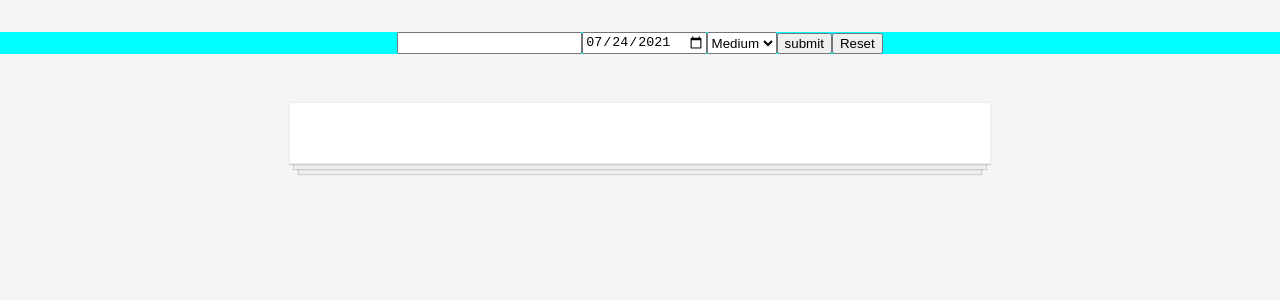
Repository: 0101chaitanya/react-todo
Page: /
An editor plug-in stored every save of this project. The page is shown before and after the next save, followed by the edit.
The browser window is 1280 px wide. The pictures show the whole page.
The project was rebuilt for these pictures with package versions that can differ from the ones it lists, and the page was loaded fresh each time. Also part of the build but not shown: src/components/TodoItem.js.

Above is the page before, as saved 2021-07-24 16:33:48.

### src/index.js
import React from "react";
import ReactDOM from "react-dom";
import "./index.css";
import App from "./App";
import reportWebVitals from "./reportWebVitals";
import css from "./App.css";

ReactDOM.render(
  <React.StrictMode>
    <App />
  </React.StrictMode>,
  document.getElementById("root")
);

// If you want to start measuring performance in your app, pass a function
// to log results (for example: reportWebVitals(console.log))
// or send to an analytics endpoint. Learn more: https://bit.ly/CRA-vitals
reportWebVitals();

### src/App.js
import React, { Component } from "react";
import TodoState from "./components/todoState";
import InputForm from "./components/InputForm";
import uniqid from "uniqid";
import { format } from "date-fns";
import css from "./App.css";
class App extends Component {
  constructor() {
    super();
    this.handleSubmit = this.handleSubmit.bind(this);
    this.state = {
      tasksArray: JSON.parse(localStorage.getItem("tasksArray")) ?? [],
    };
  }
  handleSubmit(e, input, context) {
    input.id = uniqid();

    e.preventDefault();
    this.setState(
      (prevState) => ({
        tasksArray: prevState.tasksArray.concat(input),
      }),
      () => {
        localStorage.setItem(
          "tasksArray",
          JSON.stringify(this.state.tasksArray)
        );
      }
    );

    console.log(this.state.tasksArray);
    //e.target.reset();
    e.target.submit();
  }

  render() {
    //localStorage.removeItem("tasksArray");
    //localStorage.clear();
    localStorage.setItem("tasksArray", JSON.stringify(this.state.tasksArray));
    console.log(this.state.tasksArray);

    //console.log(JSON.parse(localStorage.getItem("tasksArray")));
    return (
      <div>
        <InputForm
          className="input-form"
          //item={this.cache}
          //handleNoSubmission={this.handleNoSubmission}
          handleSubmit={this.handleSubmit}
        />
        <TodoState tasksArray={this.state.tasksArray} />
      </div>
    );
  }
}

export default App;

### src/App.css
body {
  background-color: whitesmoke;
}

.todo-list {
  background-color: white;
  margin: auto;
  width: 50%;
  display: flex;
  flex-direction: column;
  align-items: center;
  border: 1px solid #efefef;
  box-shadow:
    /* The top layer shadow */ 0 1px 1px rgba(0, 0, 0, 0.15),
    /* The second layer */ 0 10px 0 -5px #eee,
    /* The second layer shadow */ 0 10px 1px -4px rgba(0, 0, 0, 0.15),
    /* The third layer */ 0 20px 0 -10px #eee,
    /* The third layer shadow */ 0 20px 1px -9px rgba(0, 0, 0, 0.15);
  padding: 30px;
}

.todo-item {
  display: flex;
  justify-content: flex-start;
  align-items: center;
  padding: 30px 20px 0;
  width: 70%;
  border-bottom: 1px solid #cecece;
  font-family: Roboto, sans-serif;
  font-weight: 100;
  font-size: 15px;
  color: #333333;
}

input[type="checkbox"] {
  margin-right: 10px;
  font-size: 30px;
}

input[type="checkbox"]:focus {
  outline: 0;
}

.input-form {
  background-color: aqua;

  display: flex;
  justify-content: center;
  position: relative;
  top: 2rem;
  margin-bottom: 5rem;
}

### src/components/todoState.js
import React from "react";
import TodoItem from "./TodoItem";
import css from "../App.css";
class TodoState extends React.Component {
  constructor(props) {
    super(props);
    this.state = {
      todos: this.props.tasksArray || [],
    };
    this.handleChange = this.handleChange.bind(this);
    //this.handleSubmit = this.handleSubmit.bind(this);
    this.deleteTask = this.deleteTask.bind(this);
    this.callSubmit = this.callSubmit.bind(this);
  }
  callSubmit(e, id, sentState) {
    this.setState(
      (prevState) => {
        const newTd = prevState.todos.map((todo) => {
          if (todo.id === id) {
            todo = sentState;
            return todo;
          } else {
            return todo;
          }
        });
        console.log(newTd);

        return {
          todos: newTd,
        };
      },
      (e) =>
        localStorage.setItem("tasksArray", JSON.stringify(this.state.todos))
    );
  }

  deleteTask(e, id) {
    this.setState(
      (prevState) => {
        const newTd = prevState.todos.filter((todo) => {
          return todo.id === id ? false : todo;
        });
        console.log(newTd);

        return {
          todos: newTd,
        };
      },
      (e) =>
        localStorage.setItem("tasksArray", JSON.stringify(this.state.todos))
    );
  }
  handleChange(id) {
    this.setState(
      (prevState) => {
        const newTodos = prevState.todos.map((todo) => {
          if (todo.id === id) {
            return {
              ...todo,
              completed: !todo.completed,
            };
          }
          return todo;
        });
        return {
          todos: newTodos,
        };
      },
      (e) =>
        localStorage.setItem("tasksArray", JSON.stringify(this.state.todos))
    );
  }
  render() {
    const todoItems = this.state.todos.map((item) => (
      <TodoItem
        key={item.id}
        item={item}
        callSubmit={this.callSubmit}
        deleteTask={this.deleteTask}
        handleChange={this.handleChange}
      />
    ));

    return (
      <div>
        <div className="todo-list">{todoItems}</div>
      </div>
    );
  }
}

export default TodoState;

### src/components/InputForm.js
import React from "react";
import uniqid from "uniqid";
import parseISO from "date-fns/parseISO";
import differenceInDays from "date-fns/differenceInDays";
import { format } from "date-fns";

class InputForm extends React.Component {
  constructor(props) {
    super(props);
    this.state = this.props.item || {
      description: "",
      date: format(new Date(), "yyyy-MM-dd"),
      priority: "medium",
      completed: false,
    };
    this.handleChange = this.handleChange.bind(this);
  }

  handleChange(e) {
    const { name, value } = e.target;
    this.setState({
      ...this.state,

      [name]: value,
    });
  }

  render() {
    const bin = this.props.item;

    return (
      <form
        className="input-form"
        onSubmit={(e) => {
          this.props.handleSubmit(e, this.state, this);
          this.setState({
            description: "",
            date: format(new Date(), "yyyy-MM-dd"),
            priority: "medium",
            id: uniqid(),
            priorityTags: ["medium"],
            dateTags: [],
            completed: false,
          });
        }}
        onReset={(e) => {
          //e.preventDefault();
          this.setState({
            state: bin,
          });
        }}
      >
        <input
          onChange={this.handleChange}
          value={this.state.description}
          name="description"
          type="text"
          required
        />
        <input
          required
          onChange={this.handleChange}
          value={this.state.date}
          name="date"
          type="date"
        />
        <select
          onChange={this.handleChange}
          value={this.state.priority}
          name="priority"
          required
        >
          <option value="low">Low</option>
          <option value="medium">Medium</option>
          <option value="high">High</option>
        </select>

        <label>
          <input type="submit" value="submit" />
        </label>
        <label>
          <input type="reset" value="Reset" />
        </label>
      </form>
    );
  }
}
export default InputForm;

Loaded but not shown: public/index.html (common file); src/index.css (common file); src/reportWebVitals.js (common file)

After the next save:
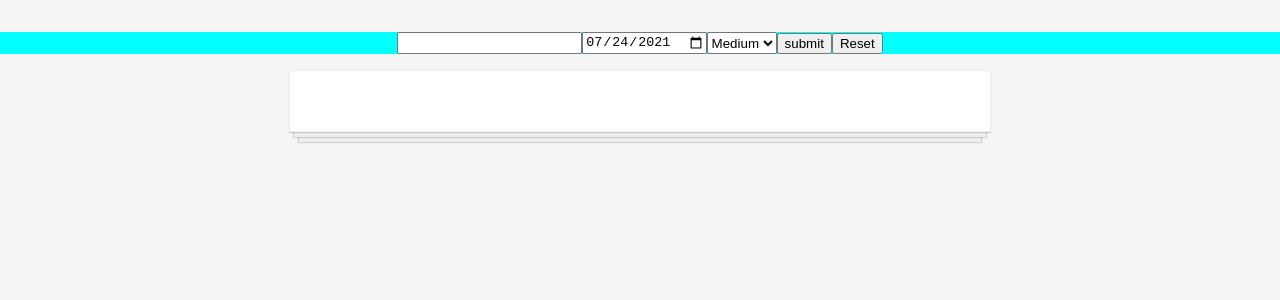
Saved 9 s later.
--- a/src/App.css
+++ b/src/App.css
@@ -48,5 +48,5 @@ input[type="checkbox"]:focus {
   justify-content: center;
   position: relative;
   top: 2rem;
-  margin-bottom: 5rem;
+  margin-bottom: 3rem;
 }
